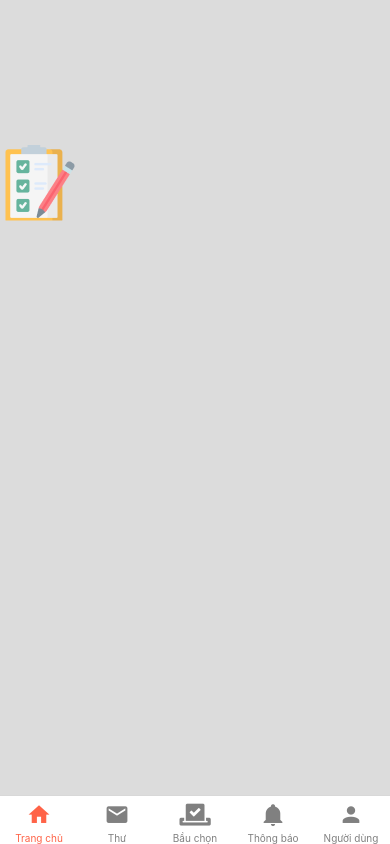
Repository: diepdung02/AppPTC
Page: /Home
An editor plug-in stored every save of this project. The page is shown before and after a run of saves, followed by the edit.
The browser window is 390 px wide. The pictures show the whole page.
The page's requests for data from a server got no answer. The app was drawn by React Native's web renderer in a window 390 px wide. The project was rebuilt for these pictures with package versions that can differ from the ones it lists, and the page was loaded fresh each time. No one was signed in, and anything a server would have sent is missing. Also part of the build but not shown: screen/home/MailScreen.tsx, screen/home/NotificationScreen.tsx, screen/home/UserScreen.tsx, screen/home/VoteScreen.tsx.

Above is the page before, as saved 2024-06-30 15:13:05.

After the next 3 saves:
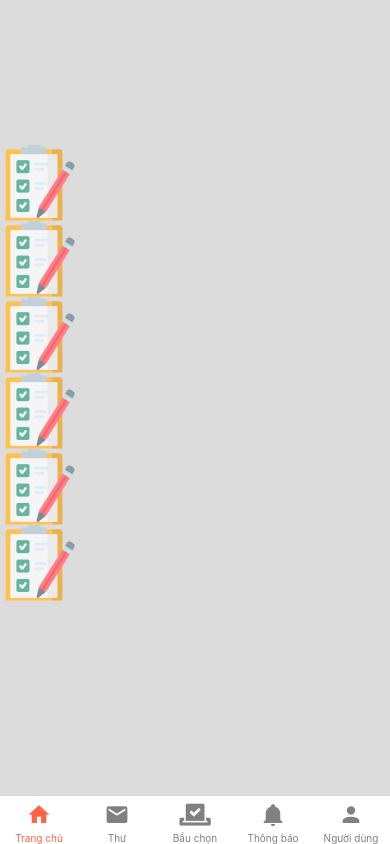
The 3 saves are shown as one change because they came seconds apart.
The last was saved 58 s later.
--- a/screen/home/HomeScreen.tsx
+++ b/screen/home/HomeScreen.tsx
@@ -30,6 +30,11 @@ const HomeScreen: React.FC = () => {
         </View>
       </View>
       <View>
+        <Image source={require('../../assets/check .png')}/>
+        <Image source={require('../../assets/check .png')}/>
+        <Image source={require('../../assets/check .png')}/>
+        <Image source={require('../../assets/check .png')}/>
+        <Image source={require('../../assets/check .png')}/>
         <Image source={require('../../assets/check .png')}/>
       </View>
     </SafeAreaView>
